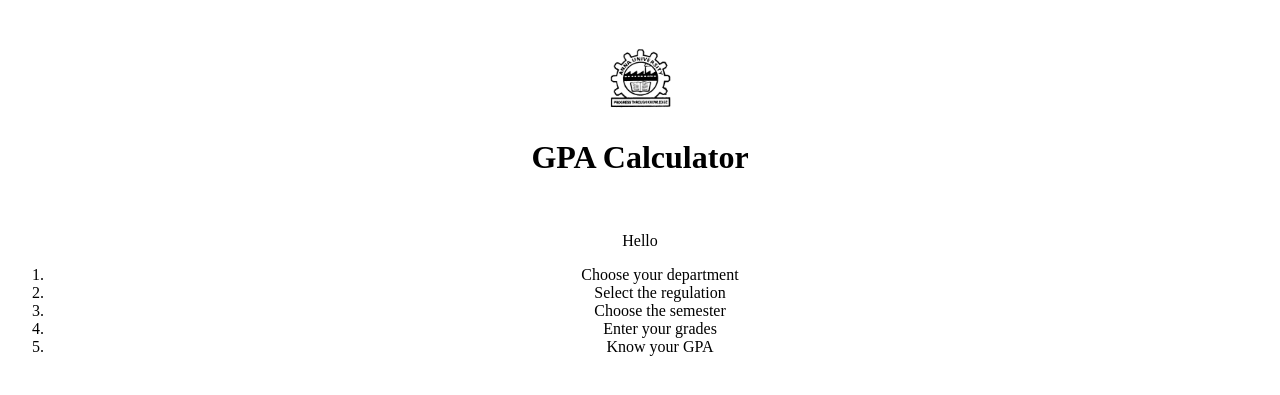
Repository: vigineshs/Mobile-Applications
Page: AnnaUniv GPA Calc/AnnaUniv GPA Calculator Updated/assets/www/index.html
These files come from the project's save history. The page is drawn as it stood at one moment and after the next save; the edit follows.
The browser window is 1280 px wide. The pictures show the whole page.

Above is the page before, as saved 2012-05-04 07:52:08.

### AnnaUniv GPA Calc/AnnaUniv GPA Calculator Updated/assets/www/index.html
<!DOCTYPE HTML>
<html>
<head>
<title>PhoneGap</title>
<script type="text/javascript" charset="utf-8" src="/AnnaUniv GPA Calculator/assets/www/cordova-1.7.0.js"></script>
<META HTTP-EQUIV=Refresh CONTENT="10; URL=home.html">
</head>
<body style="background-color:white; color:black" >
<br /> <br /> <center><img src="anna_university_logo.png" style="width:70px; height:70px" />
<h1>GPA Calculator</h1><br />
<p><font style="Comic Sans MS">Hello</font></p>
<ol>
<li>Choose your department</li>
<li>Select the regulation</li>
<li>Choose the semester</li>
<li>Enter your grades</li>
<li>Know your GPA</li>
</ol>
</center>
</body>
</html>

Loaded but not shown: AnnaUniv GPA Calc/AnnaUniv GPA Calculator Updated/assets/www/cordova-1.7.0.js (library)

After the next save:
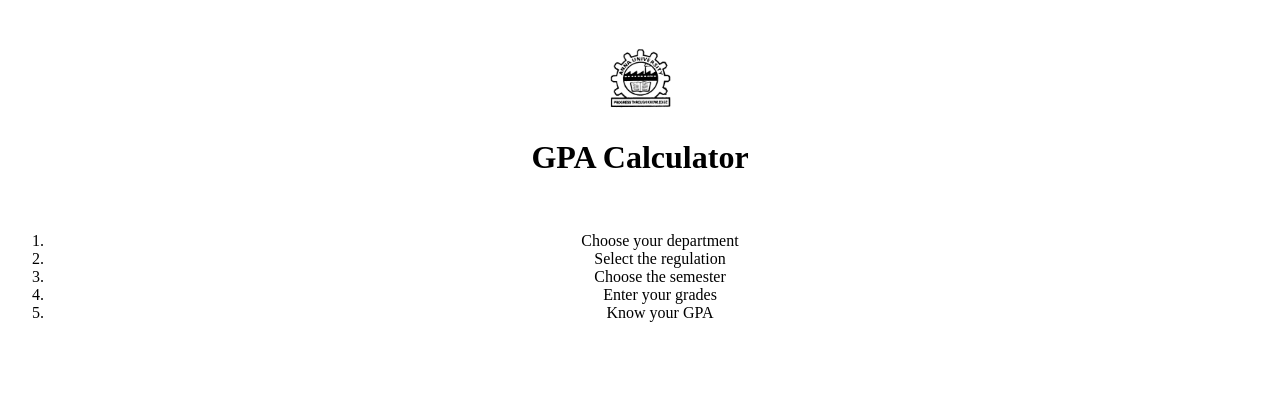
Saved 76 s later.
--- a/AnnaUniv GPA Calc/AnnaUniv GPA Calculator Updated/assets/www/index.html
+++ b/AnnaUniv GPA Calc/AnnaUniv GPA Calculator Updated/assets/www/index.html
@@ -8,7 +8,7 @@
 <body style="background-color:white; color:black" >
 <br /> <br /> <center><img src="anna_university_logo.png" style="width:70px; height:70px" />
 <h1>GPA Calculator</h1><br />
-<p><font style="Comic Sans MS">Hello</font></p>
+
 <ol>
 <li>Choose your department</li>
 <li>Select the regulation</li>
